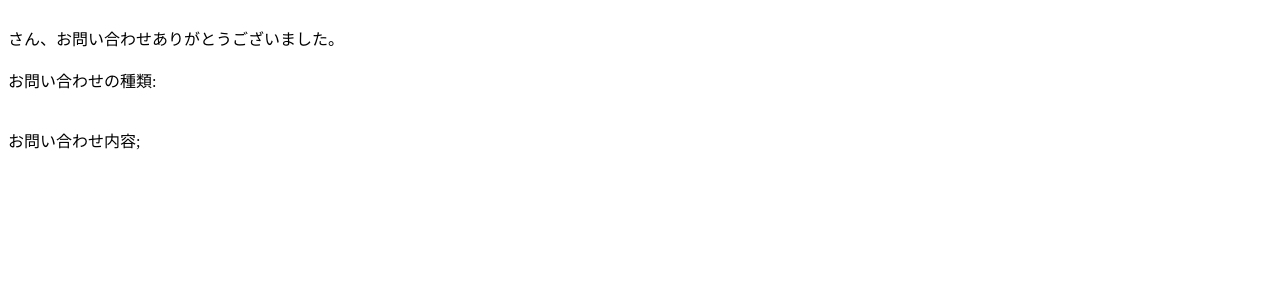
Repository: b1116248/test
Page: http://localhost/webproj2/inquiryComplete.jsp
An editor plug-in stored every save of this project. The page is shown before and after the next save, followed by the edit.
The browser window is 1280 px wide. The pictures show the whole page.
The page is served by Tomcat 9. Other server files are loaded and not shown.

Above is the page before, as saved 2018-07-10 01:46:36.

### webproj2/WebContent/inquiryComplete.jsp
<%@ page language="java" contentType="text/html; charset=UTF-8"
    pageEncoding="UTF-8"%>
<%@ taglib prefix="s" uri="/struts-tags" %>

<html>
<head>
<meta  charset="UTF-8">
<title>お問い合わせ　受付完了</title>
</head>
<body>


	<br>
	<s:property value="name" />さん、お問い合わせありがとうございました。

	<br>
	<br>お問い合わせの種類:<br>
	<s:if test='qtype=="company"'>
	会社について
	</s:if>
	<s:if test='qtype=="product"'>
	製品について
	</s:if>
	<s:if test='qtype=="support"'>
	アフターサポートについて
	</s:if>
	<br>
	<br>お問い合わせ内容;<br>
	<s:property value="body" />


</body>
</html>

After the next save:
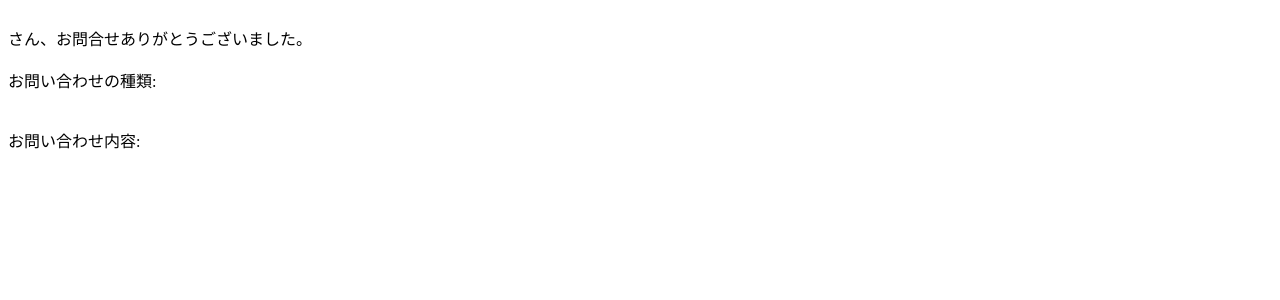
Saved 80 s later.
--- a/webproj2/WebContent/inquiryComplete.jsp
+++ b/webproj2/WebContent/inquiryComplete.jsp
@@ -4,14 +4,14 @@
 
 <html>
 <head>
-<meta  charset="UTF-8">
-<title>お問い合わせ　受付完了</title>
+<meta charset="UTF-8">
+<title>お問い合わせ 受付完了</title>
 </head>
 <body>
 
 
 	<br>
-	<s:property value="name" />さん、お問い合わせありがとうございました。
+	<s:property value="name" />さん、お問合せありがとうございました。
 
 	<br>
 	<br>お問い合わせの種類:<br>
@@ -25,7 +25,7 @@
 	アフターサポートについて
 	</s:if>
 	<br>
-	<br>お問い合わせ内容;<br>
+	<br>お問い合わせ内容:<br>
 	<s:property value="body" />
 
 
